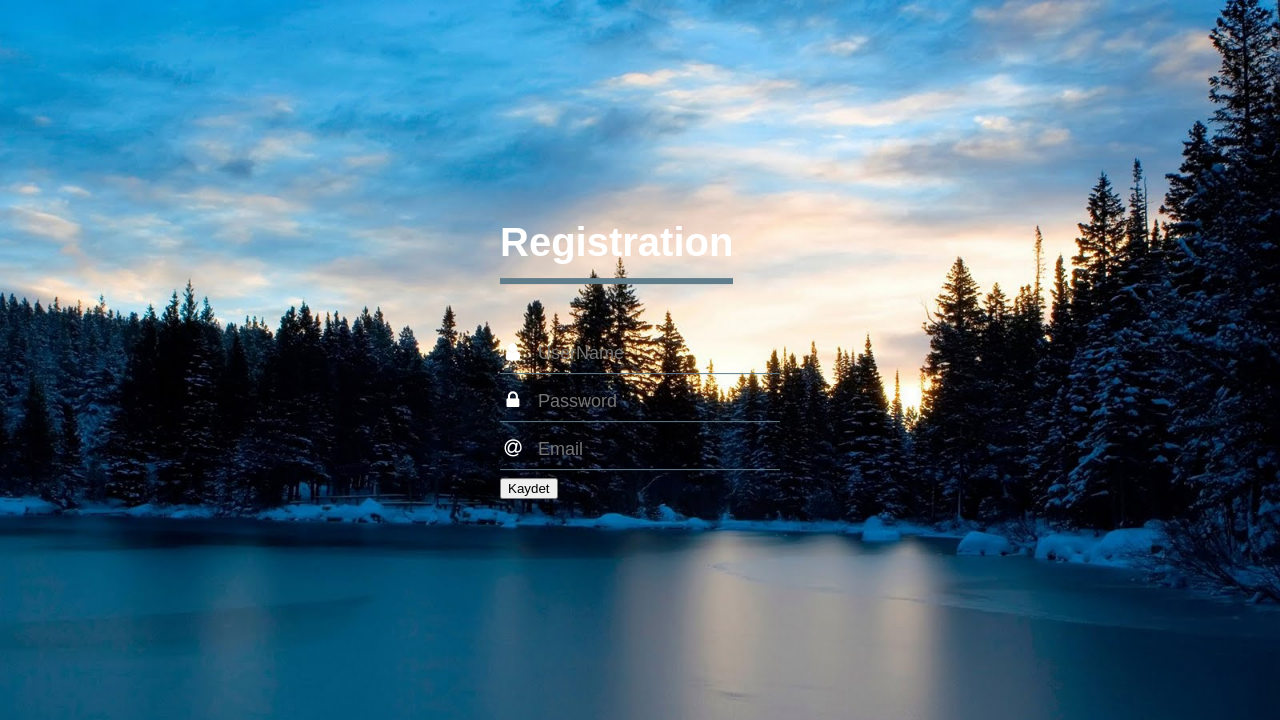
Repository: Berilinanir/Login-Logout-System
Page: Loginn/WebContent/registration.html
These files come from the project's save history. The page is drawn as it stood at one moment and after the next save; the edit follows.
The browser window is 1280 px wide. The pictures show the whole page.

Above is the page before, as saved 2018-10-13 10:04:17.

After the next save:
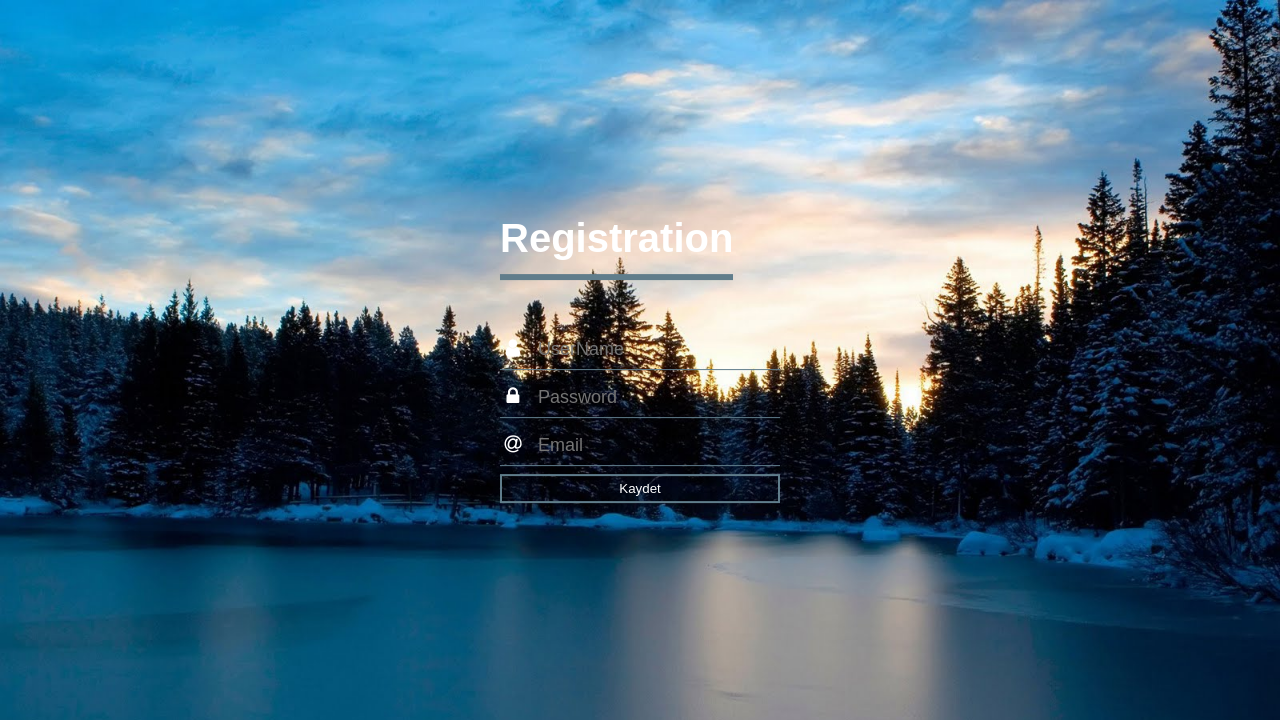
Saved 5 min 43 s later.
--- a/Loginn/WebContent/style.css
+++ b/Loginn/WebContent/style.css
@@ -63,3 +63,13 @@ body{
 	float:left;
 	margin:0 10px;
 }
+
+.btn{
+
+	width:100%;
+	background:none;
+	border:2px solid #607d8b;
+	color:white;
+	padding:5px;
+
+}
